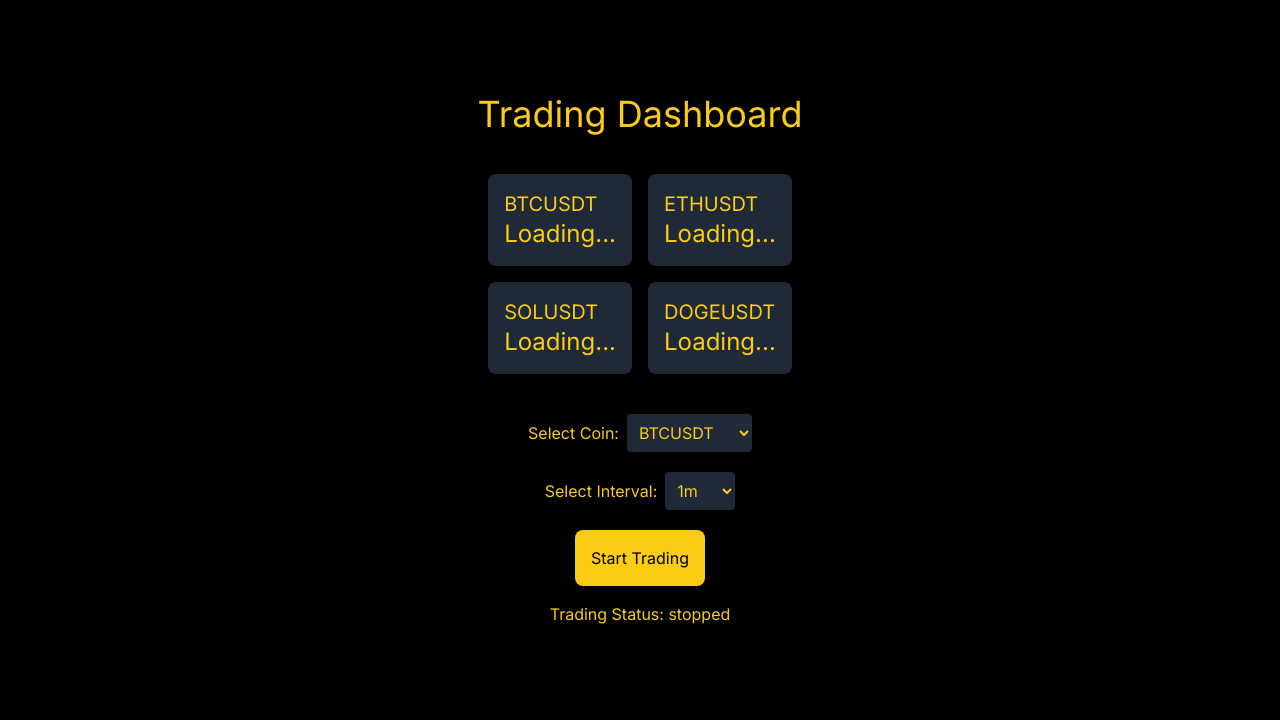
Repository: pd0203/TradingAutomation
Page: / (app in frontend/)
These files come from the project's save history. The page is drawn as it stood at one moment and after the next save; the edit follows.
The browser window is 1280 px wide. The pictures show the whole page.
The page's requests for data from a server got no answer. The project was rebuilt for these pictures with package versions that can differ from the ones it lists, and the page was loaded fresh each time. The framework's server and built-in components were replaced by stand-ins that run in the browser. No one was signed in, and anything a server would have sent is missing. Also part of the build but not shown: frontend/next.config.mjs.

Above is the page before, as saved 2024-06-08 21:46:28.

After the next save:
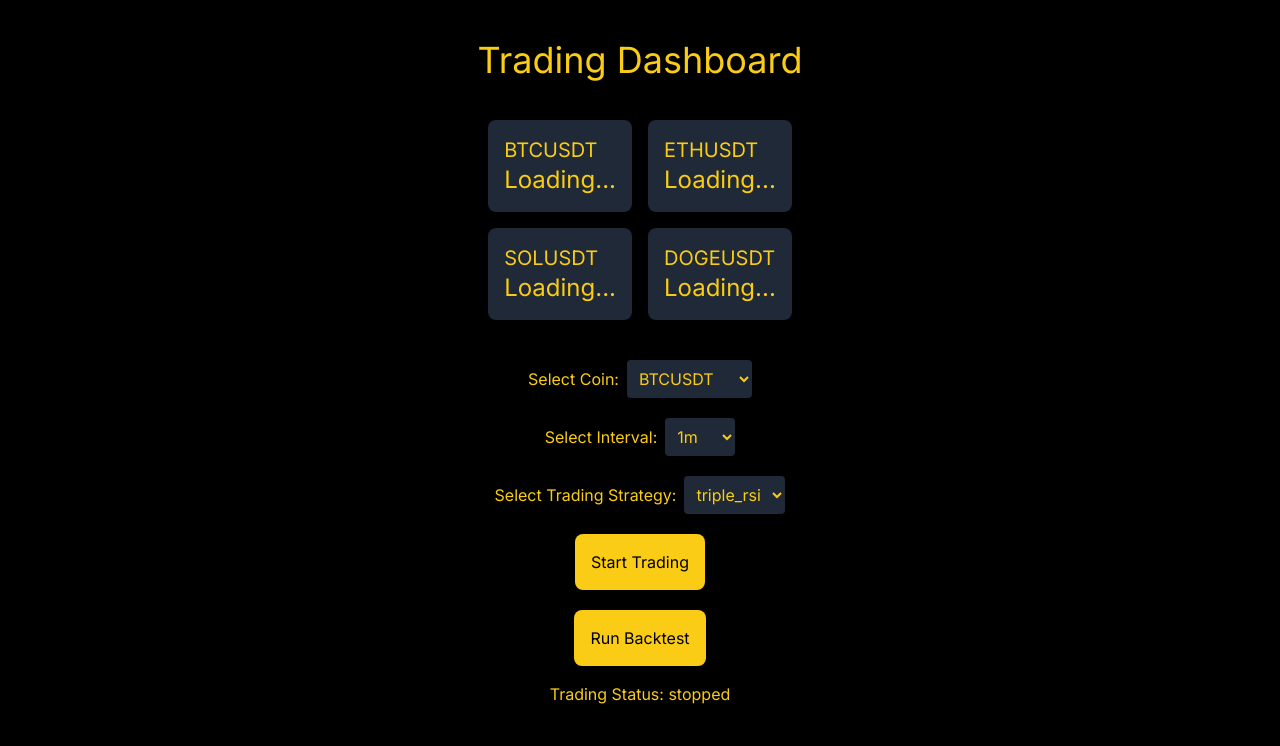
Saved 30 h 26 min later.
--- a/frontend/src/app/page.js
+++ b/frontend/src/app/page.js
@@ -3,12 +3,17 @@ import axios from "axios";
 
 const coins = ["BTCUSDT", "ETHUSDT", "SOLUSDT", "DOGEUSDT"];
 const intervals = ["1m", "5m", "15m", "30m", "1h", "4h", "1d"];
+const tradingTypes = ["triple_rsi"]; // Add more trading strategies as needed
 
 export default function Home() {
   const [prices, setPrices] = useState({});
   const [selectedCoin, setSelectedCoin] = useState(coins[0]);
   const [selectedInterval, setSelectedInterval] = useState(intervals[0]);
+  const [selectedTradingType, setSelectedTradingType] = useState(
+    tradingTypes[0]
+  );
   const [tradingStatus, setTradingStatus] = useState("stopped");
+  const [backtestResult, setBacktestResult] = useState(null);
 
   useEffect(() => {
     const fetchPrices = async () => {
@@ -38,11 +43,25 @@ export default function Home() {
       await axios.post("http://localhost:5000/start", {
         coin: selectedCoin,
         interval: selectedInterval,
+        trading_type: selectedTradingType,
       });
       setTradingStatus("running");
     } catch (error) {
       console.error("Error starting trading:", error);
       setTradingStatus("error");
+    }
+  };
+
+  const runBacktest = async () => {
+    try {
+      const response = await axios.post("http://localhost:5000/backtest", {
+        coin: selectedCoin,
+        interval: selectedInterval,
+        trading_type: selectedTradingType,
+      });
+      setBacktestResult(response.data);
+    } catch (error) {
+      console.error("Error running backtest:", error);
     }
   };
 
@@ -86,14 +105,42 @@ export default function Home() {
             ))}
           </select>
         </div>
+        <div className="mb-5">
+          <label className="mr-2">Select Trading Strategy:</label>
+          <select
+            value={selectedTradingType}
+            onChange={(e) => setSelectedTradingType(e.target.value)}
+            className="p-2 bg-gray-800 text-yellow-400 rounded"
+          >
+            {tradingTypes.map((type) => (
+              <option key={type} value={type}>
+                {type}
+              </option>
+            ))}
+          </select>
+        </div>
         <button
           onClick={startTrading}
-          className="p-4 bg-yellow-400 text-black rounded-lg"
+          className="p-4 bg-yellow-400 text-black rounded-lg mb-5"
         >
           Start Trading
         </button>
+        <button
+          onClick={runBacktest}
+          className="p-4 bg-yellow-400 text-black rounded-lg"
+        >
+          Run Backtest
+        </button>
         <p className="mt-4">{`Trading Status: ${tradingStatus}`}</p>
       </div>
+      {backtestResult && (
+        <div className="mt-10 p-4 bg-gray-800 rounded-lg text-yellow-400">
+          <h2 className="text-2xl mb-4">Backtest Results</h2>
+          <p>Initial Balance: ${backtestResult.initial_balance}</p>
+          <p>Final Balance: ${backtestResult.final_balance}</p>
+          <p>Profit: ${backtestResult.profit}</p>
+        </div>
+      )}
     </main>
   );
 }
